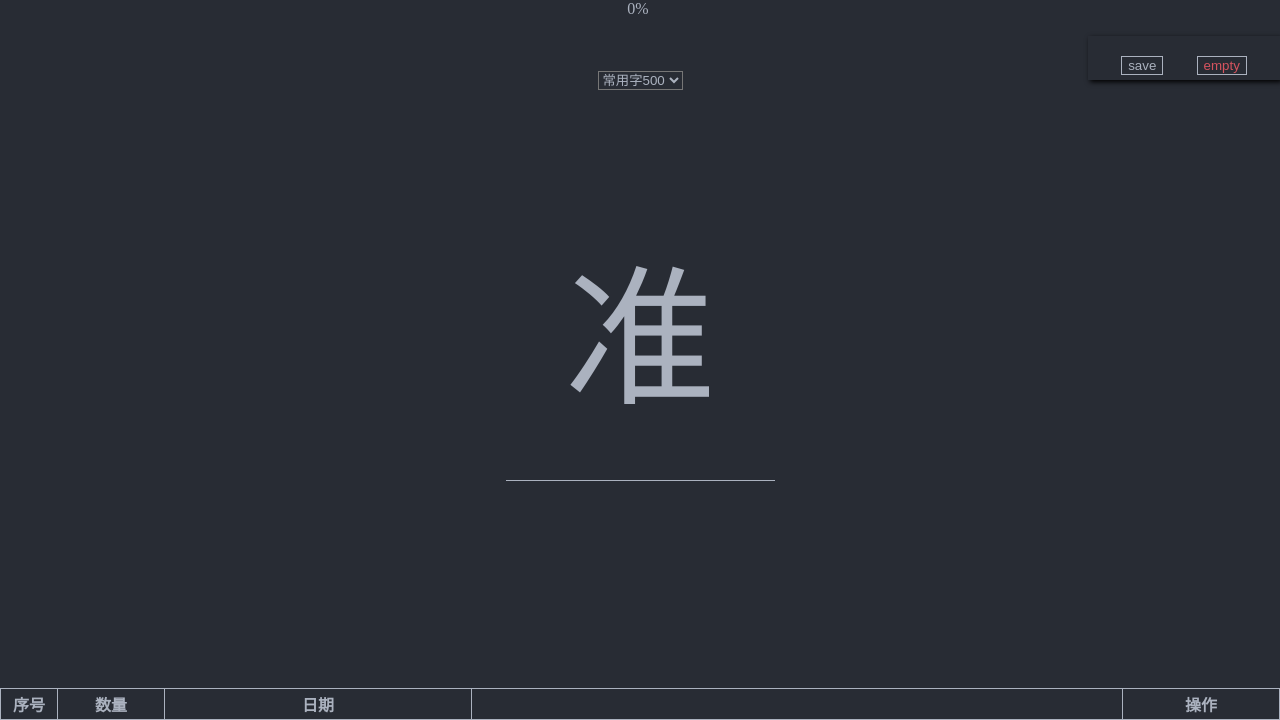
Repository: KR673/wsHone
Page: main.html
An editor plug-in stored every save of this project. The page is shown before and after the next save, followed by the edit.
The browser window is 1280 px wide. The pictures show the whole page.
Some web fonts or font styles are not loaded; a fallback is used.

Above is the page before, as saved 2023-01-30 22:54:25.
Console error: ReferenceError: initFaultConut is not defined

### main.html
<!DOCTYPE html>
<html lang="en">

<head>
    <meta charset="UTF-8">
    <meta name="viewport" content="width=device-width, initial-scale=1.0">
    <title>Document</title>

    <link rel="stylesheet" href="./static/css/main.css">
</head>

<body>
    <div>
        <div id="process">
            <div class="process-color"></div>
            <span>0%</span>
        </div>
    </div>
    <div id="source-change-container">
        <select id="source-change">
            <option value="frequently">常用字500</option>
            <option value="hanziRoot">字根练习</option>
        </select>
    </div>
    <div class="input-content hanzi-root">
        <div id="word" class="content"></div>
        <div class="content">
            <input id="input" class="input"></input>
            <p id="key" hidden></p>
        </div>
    </div>
    <div class="fault-content hanzi-root">
        <div id="one-key" class="key-num">
            <span>1</span>
            <div class="area"></div>
        </div>
        <div id="two-key" class="key-num">
            <span>2</span>
            <div class="area"></div>
        </div>
        <div id="three-key" class="key-num">
            <span>3</span>
            <div class="area"></div>
        </div>
        <div id="four-key" class="key-num">
            <span>4</span>
            <div class="area"></div>
        </div>
        <div class="button-container fault-content-button-container">
            <button id="fault-save">save</button>
            <button id="fault-empty">empty</button>
        </div>
    </div>
    <div class="type-history">
        <table class="history-table"></table>
    </div>
    <script src="./lib/jquery-3.5.1.min.js"></script>
    <script src="./pythonScript/tempData.js"></script>
    <script src="./pythonScript/hanZiRoot.js"></script>
    <script src="./static/js/main.js"></script>

</body>

</html>

### static/css/main.css
html,body{
    height: 100%;
    background-color: #282c34;
    margin:0px
}
#word{
    color: #abb2bf;
    font-size: 150px;
    font-weight: 500;
}
.type-error{
    color: #d6545f !important;
}
.content{
    text-align: center;
}
.input-content{
    height: auto;
    margin-top: 10%;
}
.input-content .input{
    background-color: #282c34;
    border: 0px;
    border-bottom: 1px solid #abb2bf;
    margin-top: 20px;
    color: #abb2bf;
    text-align: center;
    font-size: 20px;
}

.input-content .input:focus{
    outline: none;
    border: 0px;
    border-bottom: 1px solid #abb2bf;
}
#key{
    color: #d6545f;
    font-size: 20px;
}

.fault-content{
    height: auto;
    width: 15%;
    background-color: #282c34;
    color: #abb2bf;
    position: absolute;
    right: 0px;
    top: 5%;
    display: flex;
    flex-wrap: nowrap;
    justify-content: space-around;
    flex-direction: column;
    box-shadow:2px 2px 5px #000;;
}
.key-num{
    display: flex;
}
.key-num span{
    /* background-color: #8BC34A; */
    height: 100%;
    transform: translateY(35%);
    padding-right: 1em;
    display: none;
}
.key-num div{
    flex:25% 1 1;
    /* border-bottom: 1px slategray solid; */
    letter-spacing: 2px;
    padding: 0px 10px 0px 10px;
}
/* .key-num span, .key-num div{
    float: left;
} */
#process{
    margin-bottom: 50px;
    width: 100%;
}
#process .process-color{
    height: 21px;
    width: 0%;
    background-color: #8BC34A;
}
#process span{
    position: absolute;
    left: 49%;
    top: 0px;
    color:#abb2bf;
}
.type-history{
    width: 100%;
    position: absolute;
    bottom: 0;
    color: #abb2bf;
}
.history-table{
    width: 100%;
    text-align: center;
    border: 1px solid;
    border-collapse: collapse;
    table-layout: fixed;
}
.history-table td, .history-table th{
    border: 1px solid;
    padding: 3px;
}
.button-container{
    display: flex;
    justify-content: space-evenly;
}
button{
    background-color: #282c34;
    border: 1px solid #abb2bf;
    color: #abb2bf;
    cursor: pointer;
}
button:hover{
    background-color: #abb2bf;
    color: #282c34;
}
.history-del, #fault-empty{
    color: #d6545f;
}
.fault-content-button-container{
    margin: 20px 0 5px 0;
}

@font-face{
    font-family: "HanZiRootFont";
    font-style: normal;
    font-weight: 400;
    src: url("../font/HanZiRootFont.woff2") format("woff2"), url("../font/HanZiRootFont.ttf") format("ttf");
}

.hanzi-root{
    font-family: HanZiRootFont;
}
#source-change-container{
    text-align: center;
}
#source-change{
    background-color: #f0f8ff00;
    color: #abb2bf;
}

### pythonScript/hanZiRoot.js
 hanZiRoot = [{
         'key': 'g',
         'word': '一'
     },
     {
         'key': 'g',
         'word': '丁'
     },
     {
         'key': 'g',
         'word': '丂'
     },
     {
         'key': 'g',
         'word': '七'
     },
     {
         'key': 'g',
         'word': '丄'
     },
     {
         'key': 'g',
         'word': '丅'
     },
     {
         'key': 'f',
         'word': '丐'
     },
     {
         'key': 'f',
         'word': '丑'
     },
     {
         'key': 'f',
         'word': '丒'
     },
     {
         'key': 'f',
         'word': '专'
     },
     {
         'key': 'f',
         'word': '且'
     },
     {
         'key': 'f',
         'word': '丕'
     },
     {
         'key': 'f',
         'word': '世'
     },
     {
         'key': 'f',
         'word': '丗'
     },
     {
         'key': 'f',
         'word': '丘'
     },
     {
         'key': 'f',
         'word': '丙'
     },
     {
         'key': 'd',
         'word': '丠'
     },
     {
         'key': 'd',
         'word': '両'
     },
     {
         'key': 'd',
         'word': '丢'
     },
     {
         'key': 'd',
         'word': '丣'
     },
     {
         'key': 'd',
         'word': '两'
     },
     {
         'key': 'd',
         'word': '严'
     },
     {
         'key': 'd',
         'word': '並'
     },
     {
         'key': 'd',
         'word': '丧'
     },
     {
         'key': 'd',
         'word': '丨'
     },
     {
         'key': 'd',
         'word': '丩'
     },
     {
         'key': 'd',
         'word': '个'
     },
     {
         'key': 'd',
         'word': '丫'
     },
     {
         'key': 's',
         'word': '丰'
     },
     {
         'key': 's',
         'word': '丱'
     },
     {
         'key': 's',
         'word': '串'
     },
     {
         'key': 's',
         'word': '丳'
     },
     {
         'key': 'a',
         'word': '乀'
     },
     {
         'key': 'a',
         'word': '乁'
     },
     {
         'key': 'a',
         'word': '乂'
     },
     {
         'key': 'a',
         'word': '乃'
     },
     {
         'key': 'a',
         'word': '乄'
     },
     {
         'key': 'a',
         'word': '久'
     },
     {
         'key': 'a',
         'word': '乆'
     },
     {
         'key': 'a',
         'word': '乇'
     },
     {
         'key': 'a',
         'word': '么'
     },
     {
         'key': 'a',
         'word': '义'
     },
     {
         'key': 'a',
         'word': '乊'
     },
     {
         'key': 'a',
         'word': '之'
     },
     {
         'key': 'a',
         'word': '乌'
     },
     {
         'key': 'a',
         'word': '乍'
     },
     {
         'key': 'h',
         'word': '乐'
     },
     {
         'key': 'h',
         'word': '乑'
     },
     {
         'key': 'h',
         'word': '乒'
     },
     {
         'key': 'h',
         'word': '乓'
     },
     {
         'key': 'h',
         'word': '乔'
     },
     {
         'key': 'h',
         'word': '乕'
     },
     {
         'key': 'h',
         'word': '乖'
     },
     {
         'key': 'h',
         'word': '乗'
     },
     {
         'key': 'h',
         'word': '乘'
     },
     {
         'key': 'h',
         'word': '乙'
     },
     {
         'key': 'h',
         'word': '乚'
     },
     {
         'key': 'j',
         'word': '习'
     },
     {
         'key': 'j',
         'word': '乡'
     },
     {
         'key': 'j',
         'word': '乢'
     },
     {
         'key': 'j',
         'word': '乣'
     },
     {
         'key': 'j',
         'word': '乤'
     },
     {
         'key': 'j',
         'word': '乥'
     },
     {
         'key': 'j',
         'word': '书'
     },
     {
         'key': 'j',
         'word': '乧'
     },
     {
         'key': 'j',
         'word': '乨'
     },
     {
         'key': 'k',
         'word': '买'
     },
     {
         'key': 'k',
         'word': '乱'
     },
     {
         'key': 'k',
         'word': '乲'
     },
     {
         'key': 'l',
         'word': '亀'
     },
     {
         'key': 'l',
         'word': '亁'
     },
     {
         'key': 'l',
         'word': '亂'
     },
     {
         'key': 'l',
         'word': '亃'
     },
     {
         'key': 'l',
         'word': '亄'
     },
     {
         'key': 'l',
         'word': '亅'
     },
     {
         'key': 'l',
         'word': '了'
     },
     {
         'key': 'l',
         'word': '亇'
     },
     {
         'key': 'l',
         'word': '予'
     },
     {
         'key': 'l',
         'word': '争'
     },
     {
         'key': 'l',
         'word': '亊'
     },
     {
         'key': 'm',
         'word': '亐'
     },
     {
         'key': 'm',
         'word': '云'
     },
     {
         'key': 'm',
         'word': '互'
     },
     {
         'key': 'm',
         'word': '亓'
     },
     {
         'key': 'm',
         'word': '五'
     },
     {
         'key': 'm',
         'word': '井'
     },
     {
         'key': 'm',
         'word': '亖'
     },
     {
         'key': 'm',
         'word': '亗'
     },
     {
         'key': 't',
         'word': '亠'
     },
     {
         'key': 't',
         'word': '亡'
     },
     {
         'key': 't',
         'word': '亢'
     },
     {
         'key': 't',
         'word': '亣'
     },
     {
         'key': 't',
         'word': '交'
     },
     {
         'key': 't',
         'word': '亥'
     },
     {
         'key': 't',
         'word': '亦'
     },
     {
         'key': 't',
         'word': '产'
     },
     {
         'key': 't',
         'word': '亨'
     },
     {
         'key': 'r',
         'word': '亰'
     },
     {
         'key': 'r',
         'word': '亱'
     },
     {
         'key': 'r',
         'word': '亲'
     },
     {
         'key': 'r',
         'word': '亳'
     },
     {
         'key': 'r',
         'word': '亴'
     },
     {
         'key': 'r',
         'word': '亵'
     },
     {
         'key': 'r',
         'word': '亶'
     },
     {
         'key': 'r',
         'word': '亷'
     },
     {
         'key': 'r',
         'word': '亸'
     },
     {
         'key': 'r',
         'word': '亹'
     },
     {
         'key': 'e',
         'word': '什'
     },
     {
         'key': 'e',
         'word': '仁'
     },
     {
         'key': 'e',
         'word': '仂'
     },
     {
         'key': 'e',
         'word': '仃'
     },
     {
         'key': 'e',
         'word': '仄'
     },
     {
         'key': 'e',
         'word': '仅'
     },
     {
         'key': 'e',
         'word': '仆'
     },
     {
         'key': 'e',
         'word': '仇'
     },
     {
         'key': 'e',
         'word': '仈'
     },
     {
         'key': 'e',
         'word': '仉'
     },
     {
         'key': 'e',
         'word': '今'
     },
     {
         'key': 'e',
         'word': '介'
     },
     {
         'key': 'e',
         'word': '仌'
     },
     {
         'key': 'w',
         'word': '仐'
     },
     {
         'key': 'w',
         'word': '仑'
     },
     {
         'key': 'w',
         'word': '仒'
     },
     {
         'key': 'w',
         'word': '仓'
     },
     {
         'key': 'w',
         'word': '仔'
     },
     {
         'key': 'q',
         'word': '仠'
     },
     {
         'key': 'q',
         'word': '仡'
     },
     {
         'key': 'q',
         'word': '仢'
     },
     {
         'key': 'q',
         'word': '代'
     },
     {
         'key': 'q',
         'word': '令'
     },
     {
         'key': 'q',
         'word': '以'
     },
     {
         'key': 'q',
         'word': '仦'
     },
     {
         'key': 'q',
         'word': '仧'
     },
     {
         'key': 'q',
         'word': '仨'
     },
     {
         'key': 'q',
         'word': '仩'
     },
     {
         'key': 'q',
         'word': '仪'
     },
     {
         'key': 'q',
         'word': '仫'
     },
     {
         'key': 'q',
         'word': '们'
     },
     {
         'key': 'q',
         'word': '仭'
     },
     {
         'key': 'q',
         'word': '仮'
     },
     {
         'key': 'y',
         'word': '仰'
     },
     {
         'key': 'y',
         'word': '仱'
     },
     {
         'key': 'y',
         'word': '仲'
     },
     {
         'key': 'y',
         'word': '仳'
     },
     {
         'key': 'y',
         'word': '仴'
     },
     {
         'key': 'y',
         'word': '仵'
     },
     {
         'key': 'y',
         'word': '件'
     },
     {
         'key': 'y',
         'word': '价'
     },
     {
         'key': 'y',
         'word': '仸'
     },
     {
         'key': 'y',
         'word': '仹'
     },
     {
         'key': 'u',
         'word': '伀'
     },
     {
         'key': 'u',
         'word': '企'
     },
     {
         'key': 'u',
         'word': '伂'
     },
     {
         'key': 'u',
         'word': '伃'
     },
     {
         'key': 'u',
         'word': '伄'
     },
     {
         'key': 'u',
         'word': '伅'
     },
     {
         'key': 'u',
         'word': '伆'
     },
     {
         'key': 'u',
         'word': '伇'
     },
     {
         'key': 'u',
         'word': '伈'
     },
     {
         'key': 'u',
         'word': '伉'
     },
     {
         'key': 'u',
         'word': '伊'
     },
     {
         'key': 'u',
         'word': '伋'
     },
     {
         'key': 'u',
         'word': '伌'
     },
     {
         'key': 'i',
         'word': '伐'
     },
     {
         'key': 'i',
         'word': '休'
     },
     {
         'key': 'i',
         'word': '伒'
     },
     {
         'key': 'i',
         'word': '伓'
     },
     {
         'key': 'i',
         'word': '伔'
     },
     {
         'key': 'i',
         'word': '伕'
     },
     {
         'key': 'i',
         'word': '伖'
     },
     {
         'key': 'i',
         'word': '众'
     },
     {
         'key': 'i',
         'word': '优'
     },
     {
         'key': 'i',
         'word': '伙'
     },
     {
         'key': 'i',
         'word': '会'
     },
     {
         'key': 'p',
         'word': '估'
     },
     {
         'key': 'p',
         'word': '伱'
     },
     {
         'key': 'p',
         'word': '伲'
     },
     {
         'key': 'p',
         'word': '伳'
     },
     {
         'key': 'p',
         'word': '伴'
     },
     {
         'key': 'p',
         'word': '伵'
     },
     {
         'key': 'n',
         'word': '佀'
     },
     {
         'key': 'n',
         'word': '佁'
     },
     {
         'key': 'n',
         'word': '佂'
     },
     {
         'key': 'n',
         'word': '佃'
     },
     {
         'key': 'n',
         'word': '佄'
     },
     {
         'key': 'n',
         'word': '佅'
     },
     {
         'key': 'n',
         'word': '但'
     },
     {
         'key': 'n',
         'word': '佇'
     },
     {
         'key': 'n',
         'word': '佈'
     },
     {
         'key': 'n',
         'word': '佉'
     },
     {
         'key': 'n',
         'word': '佊'
     },
     {
         'key': 'n',
         'word': '佋'
     },
     {
         'key': 'n',
         'word': '佌'
     },
     {
         'key': 'n',
         'word': '位'
     },
     {
         'key': 'n',
         'word': '低'
     },
     {
         'key': 'n',
         'word': '住'
     },
     {
         'key': 'n',
         'word': '佐'
     },
     {
         'key': 'n',
         'word': '佑'
     },
     {
         'key': 'n',
         'word': '佒'
     },
     {
         'key': 'n',
         'word': '体'
     },
     {
         'key': 'n',
         'word': '佔'
     },
     {
         'key': 'n',
         'word': '何'
     },
     {
         'key': 'n',
         'word': '佖'
     },
     {
         'key': 'b',
         'word': '你'
     },
     {
         'key': 'b',
         'word': '佡'
     },
     {
         'key': 'b',
         'word': '佢'
     },
     {
         'key': 'b',
         'word': '佣'
     },
     {
         'key': 'b',
         'word': '佤'
     },
     {
         'key': 'b',
         'word': '佥'
     },
     {
         'key': 'b',
         'word': '佦'
     },
     {
         'key': 'b',
         'word': '佧'
     },
     {
         'key': 'b',
         'word': '佨'
     },
     {
         'key': 'b',
         'word': '佩'
     },
     {
         'key': 'b',
         'word': '佪'
     },
     {
         'key': 'b',
         'word': '佫'
     },
     {
         'key': 'b',
         'word': '佬'
     },
     {
         'key': 'b',
         'word': '佭'
     },
     {
         'key': 'v',
         'word': '佰'
     },
     {
         'key': 'v',
         'word': '佱'
     },
     {
         'key': 'v',
         'word': '佲'
     },
     {
         'key': 'v',
         'word': '佳'
     },
     {
         'key': 'v',
         'word': '佴'
     },
     {
         'key': 'v',
         'word': '併'
     },
     {
         'key': 'v',
         'word': '佶'
     },
     {
         'key': 'v',
         'word': '佷'
     },
     {
         'key': 'c',
         'word': '侀'
     },
     {
         'key': 'c',
         'word': '侁'
     },
     {
         'key': 'c',
         'word': '侂'
     },
     {
         'key': 'c',
         'word': '侃'
     },
     {
         'key': 'c',
         'word': '侄'
     },
     {
         'key': 'c',
         'word': '侅'
     },
     {
         'key': 'x',
         'word': '侐'
     },
     {
         'key': 'x',
         'word': '侑'
     },
     {
         'key': 'x',
         'word': '侒'
     },
     {
         'key': 'x',
         'word': '侓'
     },
     {
         'key': 'x',
         'word': '侔'
     },
     {
         'key': 'x',
         'word': '侕'
     },
     {
         'key': 'x',
         'word': '侖'
     },
     {
         'key': 'x',
         'word': '侗'
     },
 ]

### static/js/main.js
var pageData = {
    data:{},
    dataCount:0,
    fault : {},
    countMapToId : {},
    dataError : {},
}

class DataErr{

    constructor(data){
        this.dateTime = new Date();
        this.data = data;
        this.count = data?.length;
    }

    // save data to local
    save(){
        if(!this.data || this.data.length <= 0){
            return
        }

        var dataList = this.getAll()

        // limit maximum capacity
        if(dataList.length == 15){
            dataList.splice(0, 1)
        }

        dataList.push(this)
        localStorage['errorList'] = JSON.stringify(dataList)
        randerHistoryList()
    }

    // get the wrong data before
    getAll(){
        var dataList = localStorage['errorList']
        if(!dataList){
            dataList = new Array()
        }else{
            dataList = JSON.parse(dataList)
        }
        return dataList
    }

    getByIndex(index){
        var dataAll = this.getAll()
        if(dataAll && dataAll.length > 0){
            return dataAll[index]
        }else{
            return new Array()
        }
    }

    deleteByIndex(index){
        var dataAll = this.getAll()
        if(dataAll && dataAll.length > 0){
            dataAll.splice(index, 1)
            localStorage['errorList'] = JSON.stringify(dataAll)
            randerHistoryList()
        }
    }
}

init(frequentlyWord)

function init(dataAccept){

    var allData = dataAccept || dataSource
    var arr = new Array()

    $.each(allData, function(index, n){
        arr.push(n)
    })

    pageData.data = arr
    pageData.dataCount = pageData.data.length

    pageData.fault = {
        'one-key' : [],
        'two-key' : [],
        'three-key' : [],
        'four-key' : []
    }

    var countMapToId = pageData.countMapToId = new Map()
    countMapToId.set(1, 'one-key')
    countMapToId.set(2, 'two-key')
    countMapToId.set(3, 'three-key')
    countMapToId.set(4, 'four-key')

    pageData.dataError = new Array()
    wordInput()
    randerHistoryList()
    initFaultConut()
    initInput()
    processEdit(0)
}

function randerHistoryList(){
    var dataErr= new DataErr()
    var typeHistoryList = dataErr.getAll()
    if(typeHistoryList){
        var tableHtml = '<tr>'+
                            '<th style="width:50px">序号</th>'+
                            '<th style="width:100px">数量</th>'+
                            '<th style="width:300px">日期</th>'+
                            '<th></th>'+
                            '<th style="width:150px">操作</th>'+
                        '</tr>'
        $.each(typeHistoryList, function (index , n){
            tableHtml += "<tr>"
            tableHtml += '<td>' + index + '</td>'
            tableHtml += '<td>' + n.count + '</td>'
            tableHtml += '<td>' + n.dateTime+ '</td>'
            tableHtml += '<td></td>'
            tableHtml += '<td class="history-option button-container">' +
                            '<button class="history-load" onclick=historyLoad('+index+')>练习</button>'+
                            '<button class="history-del" onclick=historyDelete('+index+')>删除</button>'+
                        '</td>'
            tableHtml += '</tr>'
        })
        $('.history-table').empty();
        $('.history-table').append(tableHtml)
    }
}

function historyLoad(index){
    var dataErr= new DataErr()
    var dataAll = dataErr.getAll()
    var dataTarget = dataAll[index]
    init(dataTarget.data)
}
function historyDelete(index){
    var dataErr= new DataErr()
    var dataAll = dataErr.deleteByIndex(index)
}
function wordInput() {
    var $word = $('#word')
    var indexPre = $word.attr('data-index')
    var count = pageData.data.length
    var index = Math.floor(Math.random() * count)

    // 保证相邻的两个不同
    if(indexPre == index){
        index = index < (count - 1) ? index + 1 : index - 1
    }
    if(count <= 1){
        index = 0
    }

    var wordInfo = pageData.data[index]
    // data.splice(index, 1)
    $word.text(wordInfo.word)
    $('#key').text(wordInfo.key)
    $word.attr('data-key', wordInfo.key)
    $word.attr('data-index', index)
    $('#input').val('')
}

$('body').on('keydown', function(event){
    if(event.keyCode == 27){
        $('#input').val("")
        $('#input').focus()
        return;
    }
})
var $word = $('#word')
$('#input').on('keydown', function (event) {
    var keyValue = event.keyCode

    var determain_num =  (keyValue >= 49 && keyValue <= 57)
    var determain_symbol = (keyValue == 186 || keyValue == 222)
    var determain_space = (keyValue == 32)

    if(keyValue == 27){
        $('#input').val("")
        return;
    }
    if(determain_num || determain_symbol || determain_space){

        if(pageData.data.length == 0){
            return;
        }

        if($(this).val() == $('#word').attr('data-key')){
            inputRight()
            if(pageData.data.length == 0){
                return;
            }
            wordInput()
        }else{
            inputFault()
            $(this).val('')
        }
        return false;
    }else{
        return;
    }
});

$('#fault-save').on('click', function(){
    faultSave()
})

$('#source-change').on('change', function() {
    alert('test')
    switch ($(this).val()) {
        case 'hanziRoot':
            init(hanZiRoot)
            break;
        default:
            init(frequentlyWord)
            break;
    }
})

Loaded but not shown: lib/jquery-3.5.1.min.js (library); pythonScript/tempData.js (2001 lines, source omitted)

After the next save:
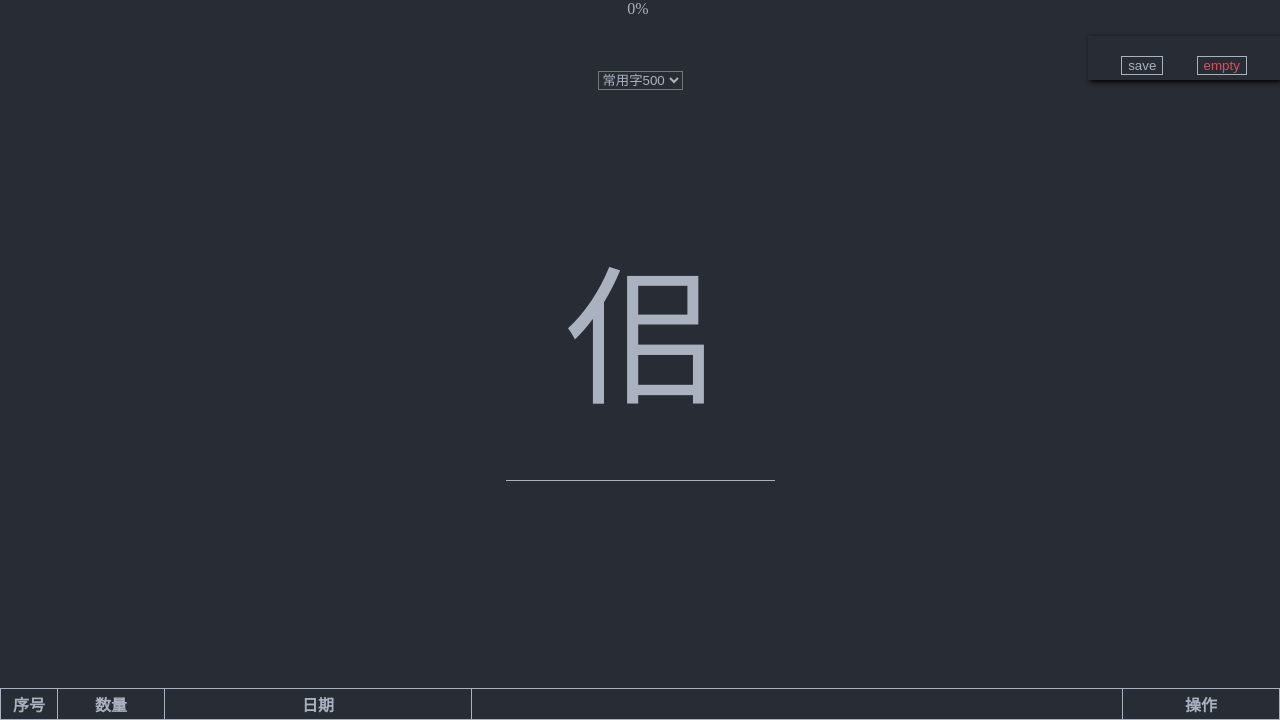
Saved 16 s later.
--- a/static/js/main.js
+++ b/static/js/main.js
@@ -62,7 +62,7 @@ class DataErr{
     }
 }
 
-init(frequentlyWord)
+init(hanZiRoot)
 
 function init(dataAccept){
 
